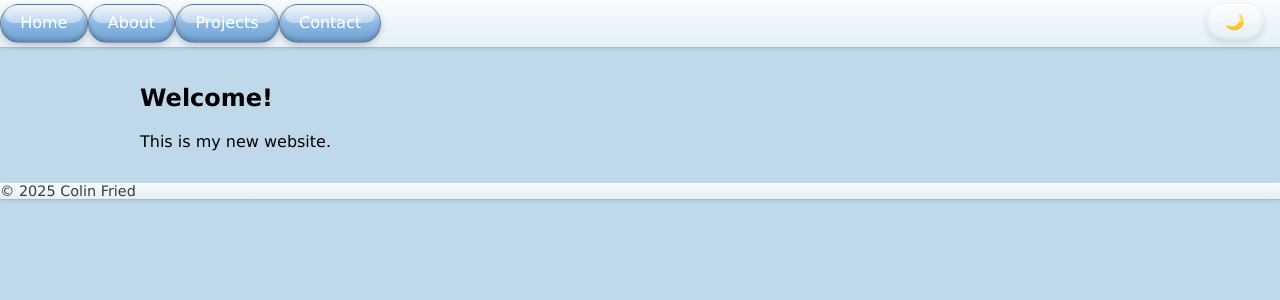
Repository: colinfdsaui/colin
Page: website.html
An editor plug-in stored every save of this project. The page is shown before and after the next save, followed by the edit.
The browser window is 1280 px wide. The pictures show the whole page.

Above is the page before, as saved 2025-07-09 09:42:25.

### website.html
<!DOCTYPE html>
<html lang="en">
<head>
  <meta charset="UTF-8"/>
  <meta name="viewport" content="width=device-width, initial-scale=1.0"/>
  <title>My Website</title>

  <!-- Styles -->
  <link rel="stylesheet" href="styles.css"/>

  <!-- Site JS (deferred) -->
  <script src="scripts/main.js" defer></script>

  <!-- Global MathJax config -->
  <script>
    window.MathJax = {
      tex: {
        inlineMath: [['$', '$'], ['\\(', '\\)']],
        displayMath: [['\\[', '\\]'], ['$$', '$$']],
        processEscapes: true
      },
      svg: { fontCache: 'global' }
    };
  </script>
  <!-- Load MathJax v3 -->
  <script src="https://cdn.jsdelivr.net/npm/mathjax@3/es5/tex-svg.js" defer></script>
</head>

<body>
  <!-- Header / Nav -->
  <header>
    <nav>
        <ul class="nav-links">
            <li><a class="active" href="website.html">Home</a></li>
            <li><a href="about.html">About</a></li>
            <li><a href="projects.html">Projects</a></li>
            <li><a href="test.html">Contact</a></li>
        </ul>
        <button id="theme-toggle" aria-label="Toggle dark mode">🌙</button>
    </nav>
</header>

  <!-- Main Content -->
  <main>
      <h2>Welcome!</h2>
    <section id="hero">
      <p>This is my new website.</p>
    </section>
  </main>

  <!-- Footer -->
  <footer>
    © 2025 Colin Fried
  </footer>
</body>
</html>

### styles.css
/* ====================
   Global & layout
   ==================== */

/* 1) Define your palette once, at the top of your main stylesheet */
/* ─── Light (default) ───────────────────────────────────────────────────────── */
:root {
  --color-bg-primary:      #c0d9ea;
  --color-bg-secondary:    #e3eff7;
  --color-bg-highlight:    #fffffd;
  --color-accent:          #8db9e3;
  --color-accent-dark:     #6b8cb4;
  --color-text-primary:    #000000;
  --color-text-secondary:  #3b3b3b;
  --color-text-inverse:    #ffffff;
  --color-border:          #a0c0d2;
  --color-shadow:          rgba(0,0,0,0.1);
  --btn-grad-top:       rgba(255,255,255,0.8);  /* glossy highlight */
  --btn-grad-mid:       rgba(141,185,227,0.9);  /* mid‑tone Aqua */
  --btn-grad-bottom:    rgba(110,160,210,1);    /* deeper base */
  /* lighter highlight shadow */
  --color-shadow-light:  rgba(255,255,255,0.6);
  /* darker inset on hover */
  --color-shadow-hover:  rgba(0,0,0,0.3);
  /* darker inset on active */
  --color-shadow-active: rgba(0,0,0,0.2);
}

/* ─── Dark theme overrides ──────────────────────────────────────────────────── */
html[data-theme="dark"] {
  /* Deep “ocean” base */
  --color-bg-primary:      #1f2933;   /* midnight‑blue with teal hint */
  /* Slightly lighter panels & surfaces */
  --color-bg-secondary:    #273645;
  --color-bg-highlight:    #2e3d55;   /* subtle lift for cards/panels */

  /* Aqua‐accent pops */
  --color-accent:          #3fa9f5;   /* sky‑blue */
  --color-accent-dark:     #1e70c7;   /* rich sapphire */

  /* Text tones */
  --color-text-primary:    #d7e7f1;   /* pale ice */
  --color-text-secondary:  #9cb4cc;   /* muted steel blue */
  --color-text-inverse:    #000000;   /* for accent on bright buttons */

  /* Borders & dividers */
  --color-border:          #3a4a5f;   /* faded charcoal */

  /* Shadows */
  --color-shadow:          rgba(0,0,0,0.6); /* deeper shadow for depth */
  --btn-grad-top:       rgba(255,255,255,0.2);  /* subtler highlight */
  --btn-grad-mid:       var(--color-accent);    /* use your dark accent */
  --btn-grad-bottom:    var(--color-accent-dark);
  --color-shadow-light:  rgba(255,255,255,0.3);
  --color-shadow-hover:  rgba(0,0,0,0.5);
  --color-shadow-active: rgba(0,0,0,0.4);
}


#theme-toggle {
  position: fixed;
  top: 0.25rem;
  right: 1rem;
  background: transparent;
  border: none;
  font-size: 1rem;
  cursor: pointer;
  color: var(--color-text-primary);
}

/* ─── Shelf Glow in Dark Mode ─────────────────────────────────────────────── */
html[data-theme="dark"] .shelf::before {
  /* Front face: replace cast shadow with an outward glow */
  box-shadow:
    0 0 8px rgba(63, 169, 245, 0.6),    /* blue halo */
    inset 0 2px 4px rgba(255,255,255,0.2);
}

html[data-theme="dark"] .shelf::after {
  /* Top face: add a soft rim‑light */
  box-shadow:
    0 -2px 4px rgba(63, 169, 245, 0.5),   /* upward glow */
    inset 0 -1px 2px rgba(0,0,0,0.2);
}

/* ─── Book‑item Glow in Dark Mode ─────────────────────────────────────────── */
html[data-theme="dark"] .book-item img {
  /* replace the dark drop‑shadow with a subtle blue glow */
  box-shadow:
    0 0 5px rgba(63,169,245,0.6),   /* ambient glow */
    inset 0 0 6px rgba(63,169,245,0.4); /* soft inner rim‑light */
  transition: box-shadow 0.3s ease, transform 0.2s ease;
}

html[data-theme="dark"] .book-item:hover img {
  /* intensify the glow on hover */
  box-shadow:
    0 0 20px rgba(63,169,245,0.8),
    inset 0 0 8px rgba(63,169,245,0.6);
  transform: scale(1.12) translateY(-4px);
}

body {
  margin:            0;
  padding:           0;
  font-family:       "Lucida Grande", -apple-system, BlinkMacSystemFont, sans-serif;
  background-color:  var(--color-bg-primary);
  color:             var(--color-text-primary);
}

/* Header & Footer with gradient, borders & shadow */
header,
footer {
  background-color:  var(--color-bg-secondary);
  background-image:  linear-gradient(
                       to bottom,
                       rgba(255,255,255,0.8),
                       var(--color-bg-secondary)
                     );
  background-repeat: no-repeat;
  background-size:   cover;
  border-bottom:     1px solid var(--color-border);
  box-shadow:        0 1px 3px var(--color-shadow);
}

nav ul {
  list-style-type: none;
  margin: 0;
  padding: 0;
  display: flex;
  justify-content: left;
}

main {
  padding:    1rem;
  max-width:  1000px;
  margin:     auto;
}

footer {
  font-size:    0.9rem;
  color:        var(--color-text-secondary);
}

/* ====================
   Links as Buttons
   ==================== */

/* Turn every <a> into a button */
a {
  display:          inline-block;
  padding:          0.5em 1em;
  margin:           0.25em 0;
  background-color: var(--color-accent);
  color:            var(--color-text-inverse);
  text-decoration:  none;
  border:           1px solid var(--color-accent-dark);
  border-radius:    4px;
  font-family:      inherit;
  font-size:        1rem;
  line-height:      1.2;
  cursor:           pointer;
  box-shadow:       0 1px 2px var(--color-shadow);
  transition:       background-color 0.2s ease,
                    transform        0.1s ease;
}

/* ====================
   Aqua‑style pill buttons for <a>
   ==================== */
a {
  /* Reset/link basics */
  display:          inline-block;
  position:         relative;      /* for ::before */
  text-decoration:  none;
  color:            var(--color-text-inverse);
  font-family:      inherit;
  font-size:        1rem;
  line-height:      1.5;
  padding:          0.4em 1.2em;   /* taller for pill shape */
  margin:           0.25em 0;

  /* Pill shape + border */
  border-radius:    9999px;
  border:           1px solid rgba(75, 93, 132, 0.6);

  /* Gradient background: top → mid → bottom */
  background-image:
    linear-gradient(
      to bottom,
      rgba(255,255,255,0.8) 0%,       /* bright top */
      rgba(141,185,227,0.9) 50%,      /* mid‑blue */
      rgba(110,160,210,1) 100%        /* darker bottom */
    );

  /* Depth: inner shadow + outer glow */
  box-shadow:
    inset 0 1px 1px rgba(255,255,255,0.6),   /* light inner highlight */
    inset 0 -2px 4px rgba(0,0,0,0.2),        /* dark inner shadow */
    0 2px 6px rgba(0,0,0,0.2);               /* outer drop shadow */

  cursor:           pointer;
  transition:       transform 0.1s ease,
                    box-shadow 0.2s ease;
}

/* the glossy “shine” stripe */
a::before {
  content: "";
  position: absolute;
  top:    4%;
  left:   5%;
  width:  90%;
  height: 45%;
  border-radius: inherit;
  background: rgba(255, 255, 255, 0.4);
}

/* hover / focus lift */
a:hover,
a:focus {
  transform: translateY(-1px);
  box-shadow:
    inset 0 1px 1px rgba(255,255,255,0.6),
    inset 0 -2px 4px rgba(0,0,0,0.3),
    0 4px 8px rgba(0,0,0,0.25);
}

/* active (pressed‑in) state */
a:active {
  transform: translateY(0);
  box-shadow:
    inset 0 1px 2px rgba(0,0,0,0.2),
    0 1px 3px rgba(0,0,0,0.15);
}

/* ====================
   Global Button Styles (apply to every <button>)
   ==================== */
button {
  background-image:
    linear-gradient(
      to bottom,
      var(--btn-grad-top)    0%,
      var(--btn-grad-mid)    50%,
      var(--btn-grad-bottom) 100%
    );
  color:            var(--color-text-inverse);
  border:           1px solid var(--color-accent-dark);
  border-radius:    9999px;
  padding:          0.4em 1.2em;
  font-family:      inherit;
  font-size:        1rem;
  line-height:      1.5;
  cursor:           pointer;
  position:         relative;
  box-shadow:
    inset 0 1px 1px var(--color-shadow-light),
    inset 0 -2px 4px var(--color-shadow),
    0 2px 6px var(--color-shadow);
  transition:       transform 0.1s ease, box-shadow 0.2s ease;
}

button::before {
  content: "";
  position: absolute;
  top:    4%;
  left:   5%;
  width:  90%;
  height: 45%;
  border-radius: inherit;
  background:       var(--btn-grad-top);
  opacity:          0.4;
}

button:hover,
button:focus {
  transform: translateY(-1px);
  box-shadow:
    inset 0 1px 1px var(--color-shadow-light),
    inset 0 -2px 4px var(--color-shadow-hover),
    0 4px 8px var(--color-shadow);
}

button:active {
  transform: translateY(0);
  box-shadow:
    inset 0 1px 2px var(--color-shadow-active),
    0 1px 3px var(--color-shadow);
}

.panel {
  background-color: var(--color-bg-highlight);
  border:           1px solid var(--color-border);
  padding:          1em;
  border-radius:    6px;
}

/* ====================
   Flipbook container (existing)
   ==================== */
#flipbook,
#flipbook-wrapper {
  width:       800px;
  height:      600px;
  margin:      2rem auto;
  overflow:    hidden;
  background:  var(--color-bg-primary);
  border:      1px solid var(--color-border);
  box-shadow:  0 2px 4px var(--color-shadow);
}

/* scoped only to that instance */
#flipbook-wrapper.custom-bg #flipbook {
  background: url("pages/dust_jacket_front.png");
  background-size: contain;
}


#flipbook .page {
  width:         50%;
  height:        100%;
  float:         left;
  overflow:      hidden;
  background:    var(--color-bg-highlight);
  border-right:  1px solid var(--color-border);
  border: 1px solid rgba(0, 0, 0, 0.05); /* soft edge */
}

#flipbook .page.dummy {
  background: empty;
  pointer-events: none;
}

#flipbook .page img {
  width:       100%;
  height:      100%;
  object-fit:  scale;
  transition:  transform 0.3s ease;
}

/* Zoomed page image */
#flipbook .page img.zoomed {
  transform: scale(2);
  cursor:    zoom-out;
}

/* Full-screen zoom modal */
#zoom-modal {
  display:         none;
  position:        fixed;
  inset:           0;
  background:      rgba(0, 0, 0, 0.8);
  z-index:         9999;
  align-items:     center;
  justify-content: center;
  overflow:        auto;
}

#zoom-modal img {
  width:       150%;
  height:      150%;
  transform:   translate(-15%);
  object-fit:  contain;
}

.flipbook-controls {
  display:        flex;
  justify-content: center;  /* center items horizontally */
  align-items:    center;    /* center items vertically */
  flex-wrap:      wrap;      /* allow items to wrap onto multiple lines */
  gap:            0.5rem;    /* space between items */
  margin:         1rem 0;    /* optional vertical spacing around the controls */
}

/* Optional: normalize spacing on every direct child (buttons, inputs, labels) */
.flipbook-controls > * {
  margin: 0.25rem;
}

/* ── Shelf Container ───────────────────────────────────────────────────────── */
.shelf {
  position:       relative;
  padding-bottom: 3rem;  /* room for the plank thickness + shadow */
  margin:         2rem 0;
  perspective:    200px; /* optional for subtle depth */
}

/* Front plank face */
.shelf::before {
  content:        "";
  position:       absolute;
  bottom:         0;
  left:           0%;
  width:          101%;
  height:         1.5rem;   /* thickness of the shelf */
  background:     var(--color-accent-dark);
  border-radius:  2.5px 2.5px 6px 6px;
  box-shadow:
    0 2px 4px rgba(0, 0, 0, 0.11),    /* cast shadow below */
    inset 0 2px 4px rgba(255,255,255,0.2); /* light highlight at top edge */
  z-index:        1;
}

/* ── Shelf Plank ───────────────────────────────────────────────────────────── */
.shelf::after {
  content:        "";
  position:       absolute;
  bottom:         1.5rem;  /* sit directly on top of ::before */
  left:           0.5%;
  width:          100%;
  height:         0.5rem;  /* the “lid” thickness */
  background:     linear-gradient(
                    to bottom,
                    rgba(255,255,255,0.6),
                    var(--color-accent)
                  );
  border-radius:  6px 6px 0 0;
  box-shadow:
    inset 0 -1px 2px rgba(0,0,0,0.2); /* subtle inner shadow */
  z-index:        2;
}
/* ── Cover Gallery ─────────────────────────────────────────────────────────── */
.book-grid {
  display:            grid;
  grid-template-columns: repeat(auto-fill, minmax(160px, 1fr));
  gap:                1rem 2rem;
  padding:            2rem;
  justify-items:      center;
  z-index:  1;
}

.book-item {
  display:            flex;
  flex-direction:     column;
  align-items:        center;
  text-decoration:    none;
  color:              var(--color-text-primary);
  transition:         transform 0.2s ease, box-shadow 0.2s ease;
  background:      none !important;
  border:          none !important;
  box-shadow:      none !important;
  padding:         0 !important;
  position:        static !important;  /* neutralize position:relative */
  margin-bottom:  -3rem;     /* pulls the image down onto the shelf */
  transition:     transform 0.2s ease;
}
/* Remove the glossy pseudo‑element */
.book-item::before {
  content:        none !important;
}

.book-item img {
  width:              100%;
  height:             auto;
  max-height:         250px; /* adjust to preference */
  object-fit:         cover;
  border:             1px solid var(--color-border);
  box-shadow:         0 8px 8px rgba(0,0,0,0.1);
  border-radius:      5px;
}

.book-item .book-title {
  margin-top:         0.5rem;
  font-size:          0.9rem;
  text-align:         center;
}

.book-item:hover {
  transform:          translateY(-4px);
  box-shadow:         0 8px 16px rgba(0,0,0,0.15);
  transform: translateY(-4px);
  transform: scale(1.1);
  z-index: 10;
}

### scripts/main.js
// main.js

document.addEventListener('DOMContentLoaded', () => {
  const btn  = document.getElementById('theme-toggle');
  const root = document.documentElement;

  // On load, apply saved theme
  if (localStorage.getItem('theme') === 'dark') {
    root.setAttribute('data-theme', 'dark');
    btn.textContent = '☀️';
  }

  btn.addEventListener('click', () => {
    const isDark = root.getAttribute('data-theme') === 'dark';

    if (isDark) {
      root.removeAttribute('data-theme');
      localStorage.removeItem('theme');
      btn.textContent = '🌙';
    } else {
      root.setAttribute('data-theme', 'dark');
      localStorage.setItem('theme', 'dark');
      btn.textContent = '☀️';
    }
  });
});

After the next save:
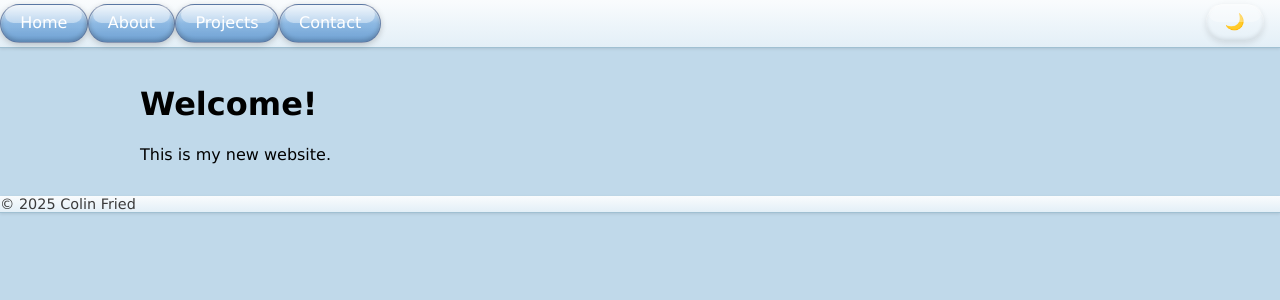
Saved 4 s later.
--- a/website.html
+++ b/website.html
@@ -42,7 +42,7 @@
 
   <!-- Main Content -->
   <main>
-      <h2>Welcome!</h2>
+      <h1>Welcome!</h1>
     <section id="hero">
       <p>This is my new website.</p>
     </section>
